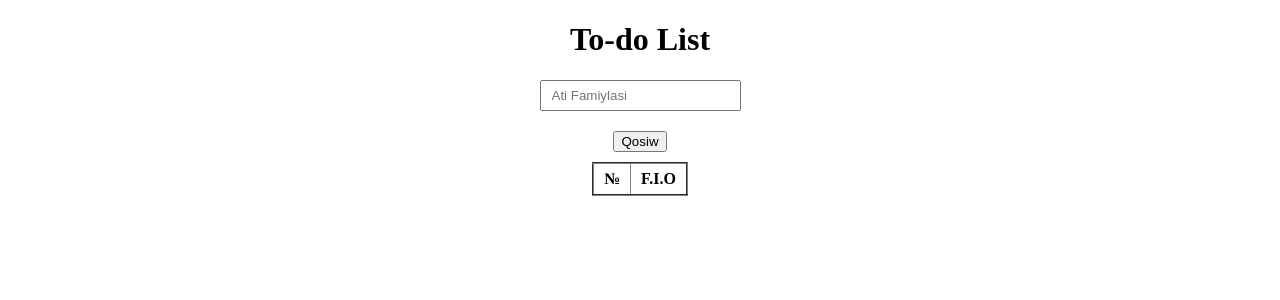
Repository: atamuratov777/my-to-do-list
Page: index.html
These files come from the project's save history. The page is drawn as it stood at one moment and after a run of saves; the edit follows.
The browser window is 1280 px wide. The pictures show the whole page.

Above is the page before, as saved 2026-06-18 13:55:42.

After the next 2 saves:
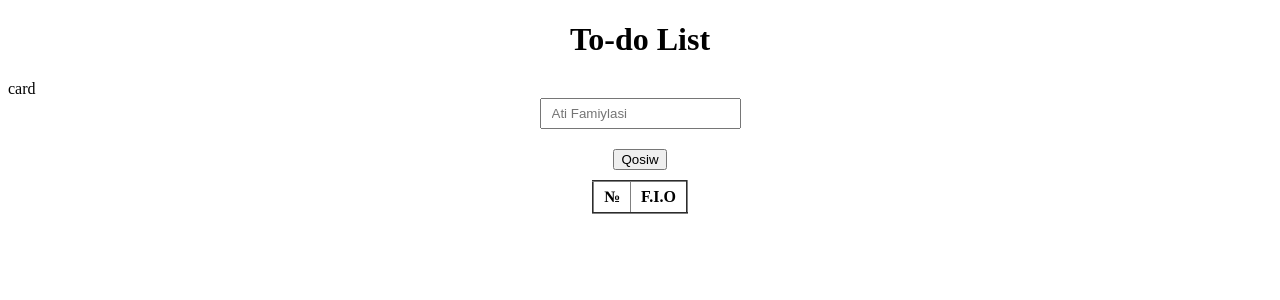
The 2 saves are shown as one change because they came seconds apart.
The last was saved 54 s later.
--- a/index.html
+++ b/index.html
@@ -8,6 +8,7 @@
 </head>
 <body>
     <h1>To-do List</h1>
+    card
     <div class="forms">
         <input type="text" placeholder="Ati Famiylasi" onchange="namech(event)">
         <button>Qosiw</button>
